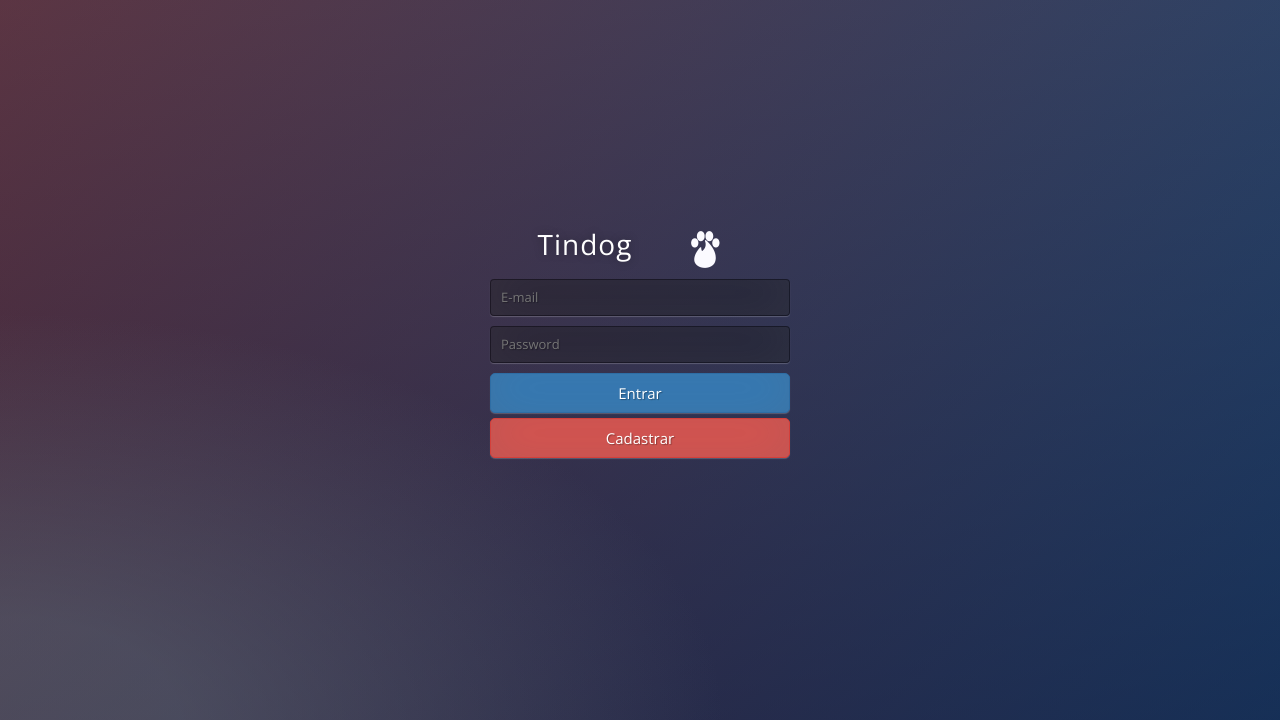
Repository: moises2112/Projetos
Page: http://localhost/Dog/LoginController.do?action=logar
The author's editor kept a copy of each file at every save. The page is drawn from the files as they stood at one save, then again after the next save.
The browser window is 1280 px wide. The pictures show the whole page.
Some web libraries are served in a nearby version. The page is served by Tomcat 9. Other server files are loaded and not shown.

Above is the page before, as saved 2017-06-14 00:28:14.

### Dog/WebContent/login.jsp
<!DOCTYPE html>
<html>
<head>
<link rel="shortcut icon" href="imagens/favicon.ico">
<meta charset="UTF-8">
<title>Tindog</title>
<link rel="stylesheet" type="text/css" href="css\bootstrap.css">
<link rel="stylesheet" type="text/css" href="css\dog.css">

<link rel="stylesheet"
	href="https://cdnjs.cloudflare.com/ajax/libs/normalize/5.0.0/normalize.min.css">


<c:import url="/WEB-INF/paginas/template/header_pos_login.jsp" />
<style>
/* NOTE: The styles were added inline because Prefixfree needs access to your styles and they must be inlined if they are on local disk! */
@import url(https://fonts.googleapis.com/css?family=Open+Sans);


* {
	-webkit-box-sizing: border-box;
	-moz-box-sizing: border-box;
	-ms-box-sizing: border-box;
	-o-box-sizing: border-box;
	box-sizing: border-box;
}



html {
	width: 100%;
	height: 100%;
	overflow: hidden;
}

body {
	width: 100%;
	height: 100%;
	font-family: 'Open Sans', sans-serif;
	background: #092756;
	background: -moz-radial-gradient(0% 100%, ellipse cover, rgba(104, 128, 138, .4)
		10%, rgba(138, 114, 76, 0) 40%),
		-moz-linear-gradient(top, rgba(57, 173, 219, .25) 0%,
		rgba(42, 60, 87, .4) 100%),
		-moz-linear-gradient(-45deg, #670d10 0%, #092756 100%);
	background: -webkit-radial-gradient(0% 100%, ellipse cover, rgba(104, 128, 138, .4)
		10%, rgba(138, 114, 76, 0) 40%),
		-webkit-linear-gradient(top, rgba(57, 173, 219, .25) 0%,
		rgba(42, 60, 87, .4) 100%),
		-webkit-linear-gradient(-45deg, #670d10 0%, #092756 100%);
	background: -o-radial-gradient(0% 100%, ellipse cover, rgba(104, 128, 138, .4)
		10%, rgba(138, 114, 76, 0) 40%),
		-o-linear-gradient(top, rgba(57, 173, 219, .25) 0%,
		rgba(42, 60, 87, .4) 100%),
		-o-linear-gradient(-45deg, #670d10 0%, #092756 100%);
	background: -ms-radial-gradient(0% 100%, ellipse cover, rgba(104, 128, 138, .4)
		10%, rgba(138, 114, 76, 0) 40%),
		-ms-linear-gradient(top, rgba(57, 173, 219, .25) 0%,
		rgba(42, 60, 87, .4) 100%),
		-ms-linear-gradient(-45deg, #670d10 0%, #092756 100%);
	background: -webkit-radial-gradient(0% 100%, ellipse cover, rgba(104, 128, 138, .4)
		10%, rgba(138, 114, 76, 0) 40%),
		linear-gradient(to bottom, rgba(57, 173, 219, .25) 0%,
		rgba(42, 60, 87, .4) 100%),
		linear-gradient(135deg, #670d10 0%, #092756 100%);
	filter: progid:DXImageTransform.Microsoft.gradient( startColorstr='#3E1D6D',
		endColorstr='#092756', GradientType=1);
}

input {
	width: 100%;
	margin-bottom: 10px;
	background: rgba(0, 0, 0, 0.3);
	border: none;
	outline: none;
	padding: 10px;
	font-size: 13px;
	color: #fff;
	text-shadow: 1px 1px 1px rgba(0, 0, 0, 0.3);
	border: 1px solid rgba(0, 0, 0, 0.3);
	border-radius: 4px;
	box-shadow: inset 0 -5px 45px rgba(100, 100, 100, 0.2), 0 1px 1px
		rgba(255, 255, 255, 0.2);
	-webkit-transition: box-shadow .5s ease;
	-moz-transition: box-shadow .5s ease;
	-o-transition: box-shadow .5s ease;
	-ms-transition: box-shadow .5s ease;
	transition: box-shadow .5s ease;
}

input:focus {
	box-shadow: inset 0 -5px 45px rgba(100, 100, 100, 0.4), 0 1px 1px
		rgba(255, 255, 255, 0.2);
}
</style>



</head>

<body>

	<div class="login">
		<div>
			<img id="simbolo" src="imagens/tinder_dog_white.png" height="50"
				width="50">
			<h1>Tindog</h1>
		</div>
		<form action="LoginController.do?action=logar" method="post">
			<input type="text" name="email" placeholder="E-mail" required="required" />
			<input type="password" name="senha" placeholder="Password" required="required" />
			<input type="submit" value="Entrar"	class="btn btn-primary btn-block btn-large" />
			<input type="button" class="btn btn-danger btn-block btn-large" value="Cadastrar"
				onClick="window.location.href='./cadastrar.jsp'" />
		</form>
	</div>



</body>
</html>

### Dog/src/br/com/dog/controller/LoginController.java
package br.com.dog.controller;

import java.io.IOException;

import java.sql.SQLException;

import javax.servlet.RequestDispatcher;
import javax.servlet.ServletConfig;
import javax.servlet.ServletException;
import javax.servlet.annotation.WebServlet;
import javax.servlet.http.HttpServlet;
import javax.servlet.http.HttpServletRequest;
import javax.servlet.http.HttpServletResponse;
import javax.servlet.http.HttpSession;
import br.com.dog.controller.util.NavegacaoUtil;
import br.com.dog.model.dao.CachorroDAO;
import br.com.dog.model.dao.UsuarioDAO;
import br.com.dog.model.dao.impl.jdbc.CachorroDao;
import br.com.dog.model.dao.impl.jdbc.UsuarioDao;
import br.com.dog.model.entity.Usuario;

/**
 * Servlet implementation class LoginController
 */
@WebServlet("/LoginController.do")
public class LoginController extends HttpServlet {
	private static final long serialVersionUID = 1L;

	/**
	 * Default constructor.
	 */

	/**
	 * @see HttpServlet#doGet(HttpServletRequest request, HttpServletResponse
	 *      response)
	 */
	protected void doGet(HttpServletRequest request, HttpServletResponse response)
			throws ServletException, IOException {

		RequestDispatcher view = request.getRequestDispatcher(NavegacaoUtil.LOGIN);
		view.forward(request, response);
	}

	/**
	 * @see HttpServlet#doPost(HttpServletRequest request, HttpServletResponse
	 *      response)
	 */
	protected void doPost(HttpServletRequest request, HttpServletResponse response)
			throws ServletException, IOException {
		String action = request.getParameter("action");
		RequestDispatcher view = null;
		if (action.equalsIgnoreCase("logar")) {
			UsuarioDAO userDAO = new UsuarioDao();

			String senhaDaTela = request.getParameter("senha");
			String emailDaTela = request.getParameter("email");

			Usuario usuario = null;

			try {
				// erro esta na linha abaixo
				usuario = userDAO.buscarLoginSenha(senhaDaTela, emailDaTela);

			} catch (SQLException e) {
				// TODO Auto-generated catch block
				e.printStackTrace();
			}

			if (usuario != null) {
				view = request.getRequestDispatcher(NavegacaoUtil.HOME);

				request.setAttribute("usuarioLogado", usuario);

				CachorroDAO dogDAO = new CachorroDao();
				try {
					request.setAttribute("myDogs", dogDAO.buscaPorUsuario(usuario));
				} catch (SQLException e) {
					// TODO Auto-generated catch block
					e.printStackTrace();
				}
				// HttpSession session = request.getSession();
				// session.setAttribute("usuario", usuario);
			} else {
				view = request.getRequestDispatcher(NavegacaoUtil.LOGIN);
				request.setAttribute("erroAoLogar", "Usuario ou senha inválido");
			}
		} else if (action.equalsIgnoreCase("logout")) {
			view = request.getRequestDispatcher(NavegacaoUtil.LOGIN);
			request.removeAttribute("usuarioLogado");
		}
		view.forward(request, response);
	}
}

### Dog/WebContent/css/dog.css
#centro {
	text-align: center
}

#simbolo {
	float: right;
	padding-right: 60px;
	border-right-width: 0px;
	margin-right: 0px;
	width: 110px;
}


.login {
	position: absolute;
	top: 50%;
	left: 50%;
	margin: -150px 0 0 -150px;
	width: 300px;
	height: 300px;
}

.login h1 {
	color: #fff;
	text-shadow: 0 0 10px rgba(0, 0, 0, 0.3);
	letter-spacing: 1px;
	text-align: center;
}

.btn-large {
	padding: 9px 14px;
	font-size: 15px;
	line-height: normal;
	-webkit-border-radius: 5px;
	-moz-border-radius: 5px;
	border-radius: 5px;
}

#logout {
	margin-right: 0px;
	margin-left: 1000px;
}

td {
	text-align: center;
}

.btn-editar {
	color: #ffffff;
	background-color: #2E8B57;
	border-color: #2E8B57;
}

.btn-remover {
	color: #ffffff;
	background-color: #DC143C;
	border-color: #DC143C;
}

.btn-inserir {
	color: #ffffff;
	background-color: #4169E1;
	border-color: #4169E1;
	margin: 15px 15px 15px 15px;
}

.primeiraLinha {
	color: #e87dc0;
	font-weight: bold;
}

#cadastrar {
	margin-right: 0px;
	margin-left: 345px;
}

#voltar {
	margin-left: 15px;
}

#tabeladogs {
	margin-left: 20px;
}

.colunas {
	padding-left: 6px;
	padding-bottom: 7px;
}

.formscadastro {
	display: none;
	margin: 15px 15px 15px 15px;
}

.formsedicao {
	display: none;
	margin: 15px 15px 15px 15px;
}

body {
	width: 100%;
	height: 800px;
	font-family: 'Open Sans', sans-serif;
	background: #092756;
	background: -moz-radial-gradient(0% 100%, ellipse cover, rgba(104, 128, 138, .4)
		10%, rgba(138, 114, 76, 0) 40%),
		-moz-linear-gradient(top, rgba(57, 173, 219, .25) 0%,
		rgba(42, 60, 87, .4) 100%),
		-moz-linear-gradient(-45deg, #670d10 0%, #092756 100%);
	background: -webkit-radial-gradient(0% 100%, ellipse cover, rgba(104, 128, 138, .4)
		10%, rgba(138, 114, 76, 0) 40%),
		-webkit-linear-gradient(top, rgba(57, 173, 219, .25) 0%,
		rgba(42, 60, 87, .4) 100%),
		-webkit-linear-gradient(-45deg, #670d10 0%, #092756 100%);
	background: -o-radial-gradient(0% 100%, ellipse cover, rgba(104, 128, 138, .4)
		10%, rgba(138, 114, 76, 0) 40%),
		-o-linear-gradient(top, rgba(57, 173, 219, .25) 0%,
		rgba(42, 60, 87, .4) 100%),
		-o-linear-gradient(-45deg, #670d10 0%, #092756 100%);
	background: -ms-radial-gradient(0% 100%, ellipse cover, rgba(104, 128, 138, .4)
		10%, rgba(138, 114, 76, 0) 40%),
		-ms-linear-gradient(top, rgba(57, 173, 219, .25) 0%,
		rgba(42, 60, 87, .4) 100%),
		-ms-linear-gradient(-45deg, #670d10 0%, #092756 100%);
	background: -webkit-radial-gradient(0% 100%, ellipse cover, rgba(104, 128, 138, .4)
		10%, rgba(138, 114, 76, 0) 40%),
		linear-gradient(to bottom, rgba(57, 173, 219, .25) 0%,
		rgba(42, 60, 87, .4) 100%),
		linear-gradient(135deg, #670d10 0%, #092756 100%);
	filter: progid:DXImageTransform.Microsoft.gradient( startColorstr='#3E1D6D',
		endColorstr='#092756', GradientType=1);
}

Loaded but not shown: Dog/WebContent/css/bootstrap.css (library)

After the next save:
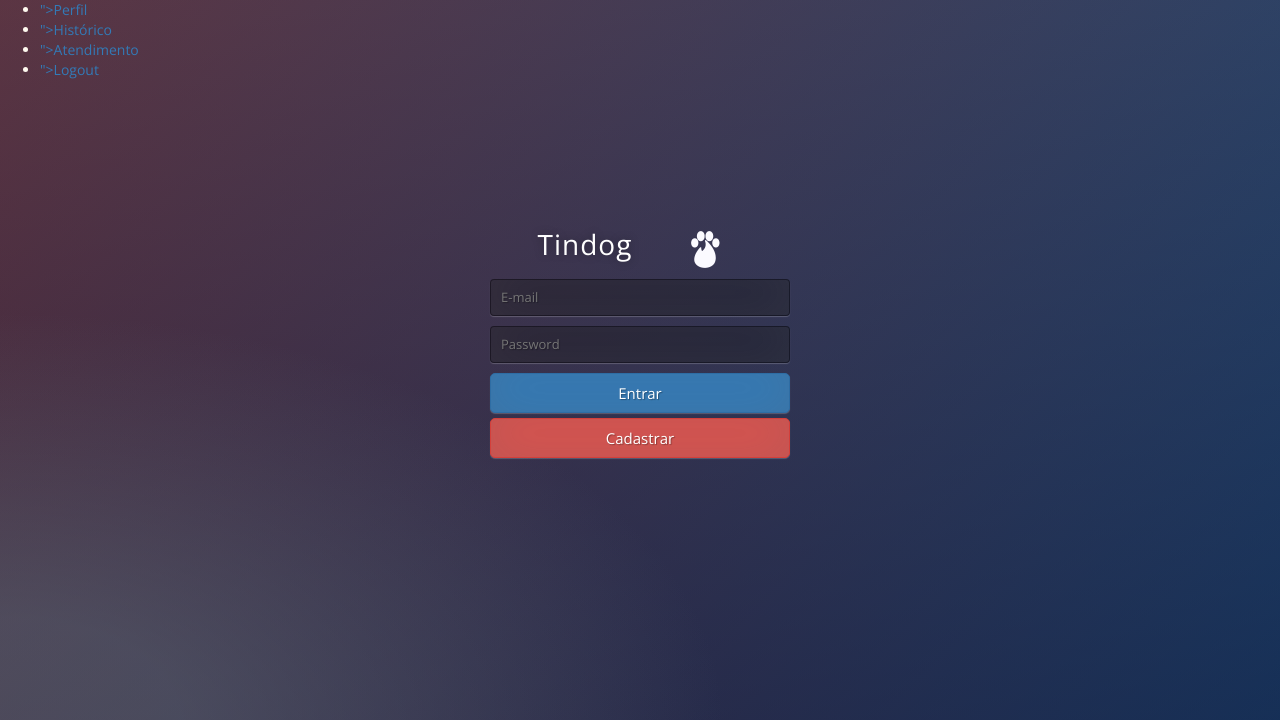
Saved 55 s later.
--- a/Dog/WebContent/login.jsp
+++ b/Dog/WebContent/login.jsp
@@ -99,6 +99,15 @@
 </head>
 
 <body>
+<header> <nav id="menu">
+	<ul>
+		<li><a href="<c:url value="/nerd/perfil"/>">Perfil</a></li>
+		<li><a href="<c:url value="/nerd/historico"/>">Histórico</a></li>
+		<li><a href="<c:url value="/nerd/atendimento"/>">Atendimento</a></li>
+		<li><a id="link_logout" href="<c:url value="/nerd/logout"/>">Logout</a></li>
+
+	</ul>
+	</nav> </header>
 
 	<div class="login">
 		<div>

After the save that followed:
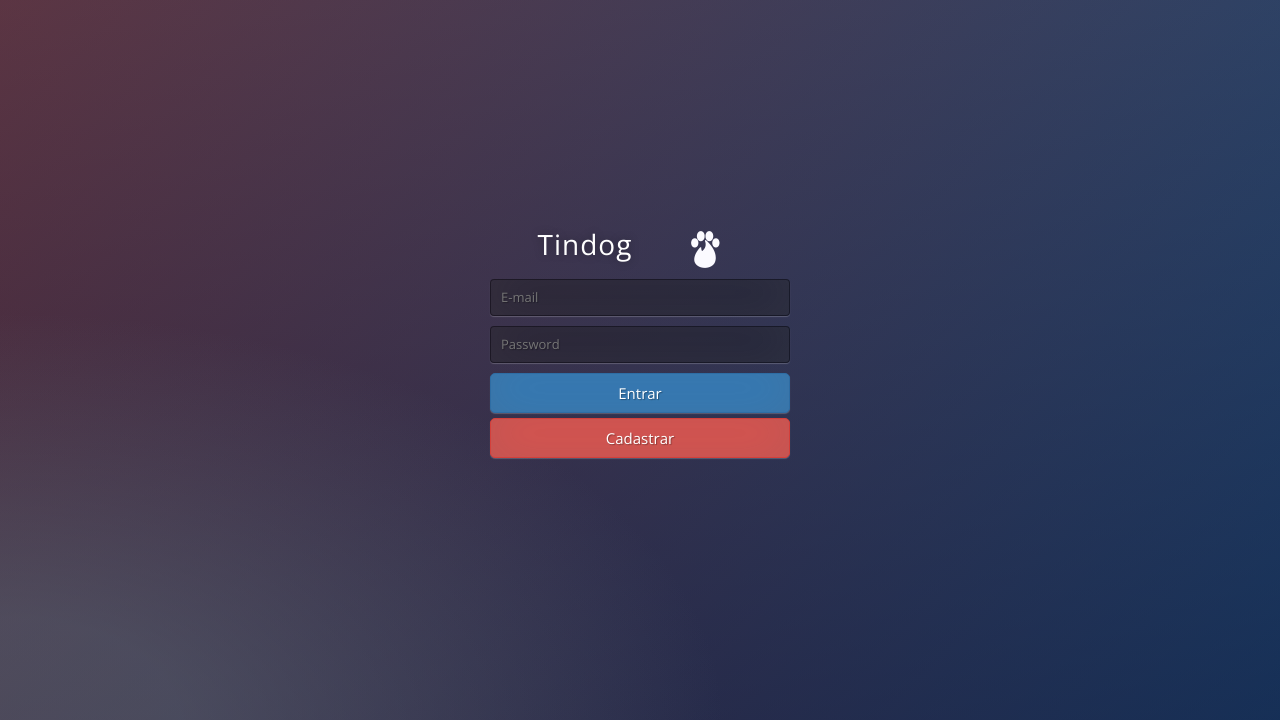
Saved 15 s later.
--- a/Dog/WebContent/login.jsp
+++ b/Dog/WebContent/login.jsp
@@ -99,15 +99,7 @@
 </head>
 
 <body>
-<header> <nav id="menu">
-	<ul>
-		<li><a href="<c:url value="/nerd/perfil"/>">Perfil</a></li>
-		<li><a href="<c:url value="/nerd/historico"/>">Histórico</a></li>
-		<li><a href="<c:url value="/nerd/atendimento"/>">Atendimento</a></li>
-		<li><a id="link_logout" href="<c:url value="/nerd/logout"/>">Logout</a></li>
 
-	</ul>
-	</nav> </header>
 
 	<div class="login">
 		<div>
